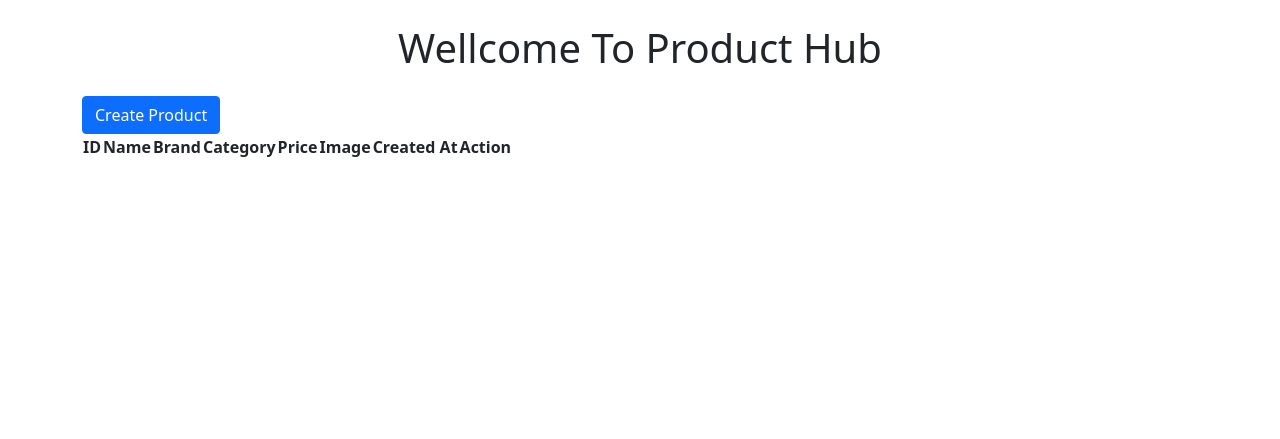
Repository: Pratik8317/Nimap_Assessment
Page: http://localhost/Product
An editor plug-in stored every save of this project. The page is shown before and after the next save, followed by the edit.
The browser window is 1280 px wide. The pictures show the whole page.
The page is this project's Thymeleaf template; nobody is signed in. The template is opened directly, without the code that normally fills it, so the values that code supplies are empty.

Above is the page before, as saved 2024-11-25 12:39:46.

After the next save:
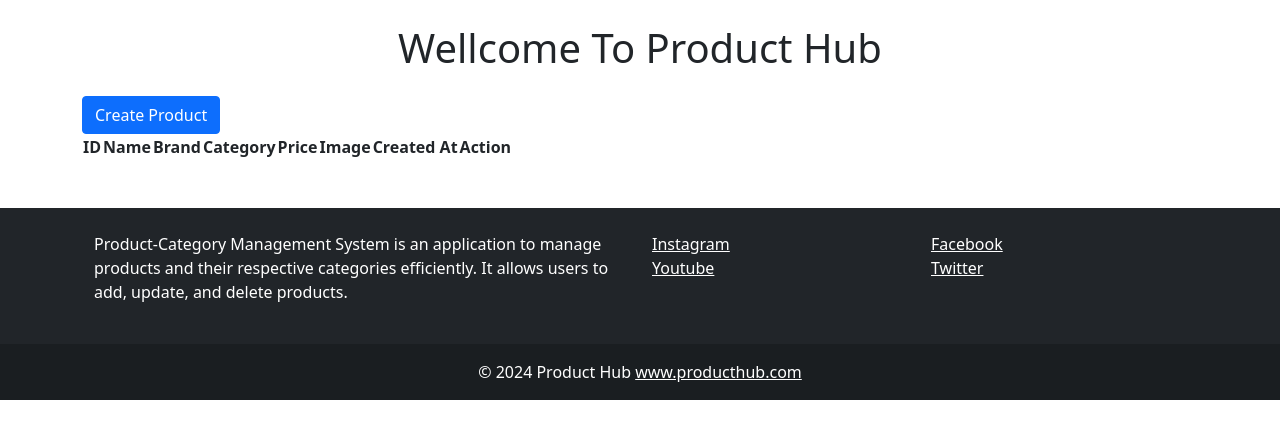
Saved 44 s later.
--- a/Nimap Assessment/Product_Hub/src/main/resources/templates/Product.html
+++ b/Nimap Assessment/Product_Hub/src/main/resources/templates/Product.html
@@ -44,7 +44,34 @@
             </tbody>
         </table>
     </div>
-
+    <!-- Footer -->
+    <footer class="bg-dark text-white text-center text-lg-start mt-5">
+        <div class="container p-4">
+            <div class="row">
+                <div class="col-lg-6 col-md-12 mb-4 mb-md-0">
+                    <p>
+                        Product-Category Management System is an application to manage products and their respective categories efficiently. It allows users to add, update, and delete products.
+                    </p>
+                </div>
+                <div class="col-lg-3 col-md-6 mb-4 mb-md-0">
+                    <ul class="list-unstyled mb-0">
+                        <li><a href="#" class="text-white">Instagram</a></li>
+                        <li><a href="#" class="text-white">Youtube</a></li>
+                    </ul>
+                </div>
+                <div class="col-lg-3 col-md-6 mb-4 mb-md-0">
+                    <ul class="list-unstyled mb-0">
+                        <li><a href="#" class="text-white">Facebook</a></li>
+                        <li><a href="#" class="text-white">Twitter</a></li>
+                    </ul>
+                </div>
+            </div>
+        </div>
+        <div class="text-center p-3" style="background-color: rgba(0, 0, 0, 0.2);">
+            © 2024 Product Hub
+            <a class="text-white" href="https://yourwebsite.com/">www.producthub.com</a>
+        </div>
+    </footer>
     <script src="https://cdn.jsdelivr.net/npm/bootstrap@5.0.2/dist/js/bootstrap.bundle.min.js" integrity="sha384-MrcW6ZMFYlzcLA8Nl+NtUVF0sA7MsXsP1UyJoMp4YLEuNSfAP+JcXn/tWtIaxVXM" crossorigin="anonymous"></script>
   </body>
 </html>
